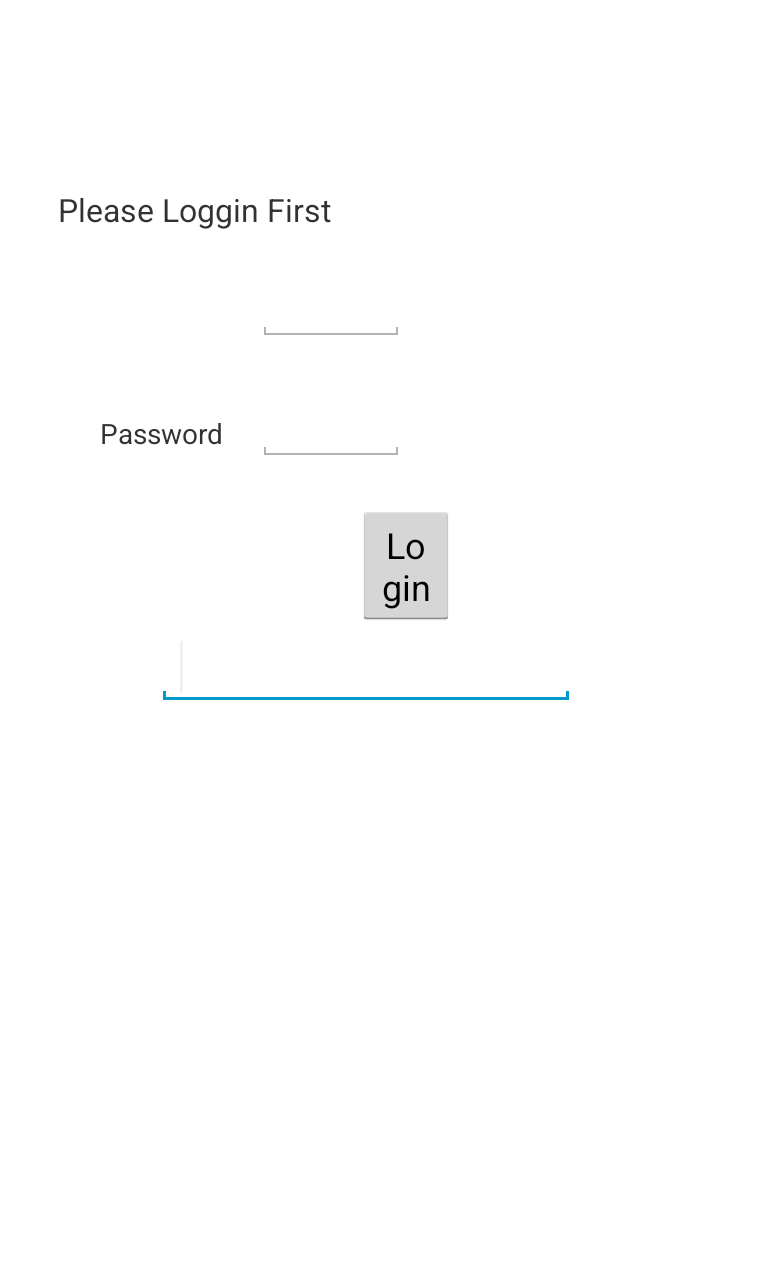
Repository: fedecarossino/seriesHook
Layout: SeriesHook/res/layout/main.xml
The author's editor kept a copy of each file at every save. The layout is drawn from the files as they stood at one save, then again after the next save.
It is drawn on a 768 x 1280 px phone screen (xhdpi) without system bars, with theme AppTheme; the app's code is not run.

Above is the layout before, as saved 2013-05-15 02:21:48.

### SeriesHook/res/layout/main.xml
<?xml version="1.0" encoding="utf-8"?>
<AbsoluteLayout
android:layout_width="fill_parent"
android:layout_height="fill_parent"
xmlns:android="http://schemas.android.com/apk/res/android"
>
<EditText android:layout_width="150px" android:layout_height="wrap_content" android:textSize="18sp" android:id="@+id/txt_username" android:layout_y="132dip" android:layout_x="128dip"></EditText>
<EditText android:layout_width="150px" android:layout_height="wrap_content" android:textSize="18sp" android:password="true" android:id="@+id/txt_password" android:layout_x="128dip" android:layout_y="192dip"></EditText>
<Button android:layout_width="100px" android:layout_height="wrap_content" android:id="@+id/btn_login" android:layout_x="178dip" android:layout_y="252dip" android:text="Login"></Button>
<TextView android:layout_width="wrap_content" android:layout_height="wrap_content" android:id="@+id/lbl_password" android:text="Password" android:layout_y="207dip" android:layout_x="50dip"></TextView>
<TextView android:layout_width="wrap_content" android:layout_height="wrap_content" android:id="@+id/lbl_top" android:textSize="16sp" android:typeface="sans" android:text="Please Loggin First" android:layout_x="29dip" android:layout_y="94dip"></TextView>
<TextView android:layout_width="wrap_content" android:layout_height="wrap_content" android:layout_y="312dip" android:layout_x="50dip" android:id="@+id/lbl_result"></TextView>

<EditText
    android:id="@+id/lbl_username"
    android:layout_width="wrap_content"
    android:layout_height="wrap_content"
    android:layout_x="78dp"
    android:layout_y="314dp"
    android:ems="10" >

    <requestFocus />
</EditText>

</AbsoluteLayout>

Loaded but not shown: SeriesHook/res/values/styles.xml (common file); SeriesHook/res/values-v11/styles.xml (common file); SeriesHook/res/values-v14/styles.xml (common file)

After the next save:
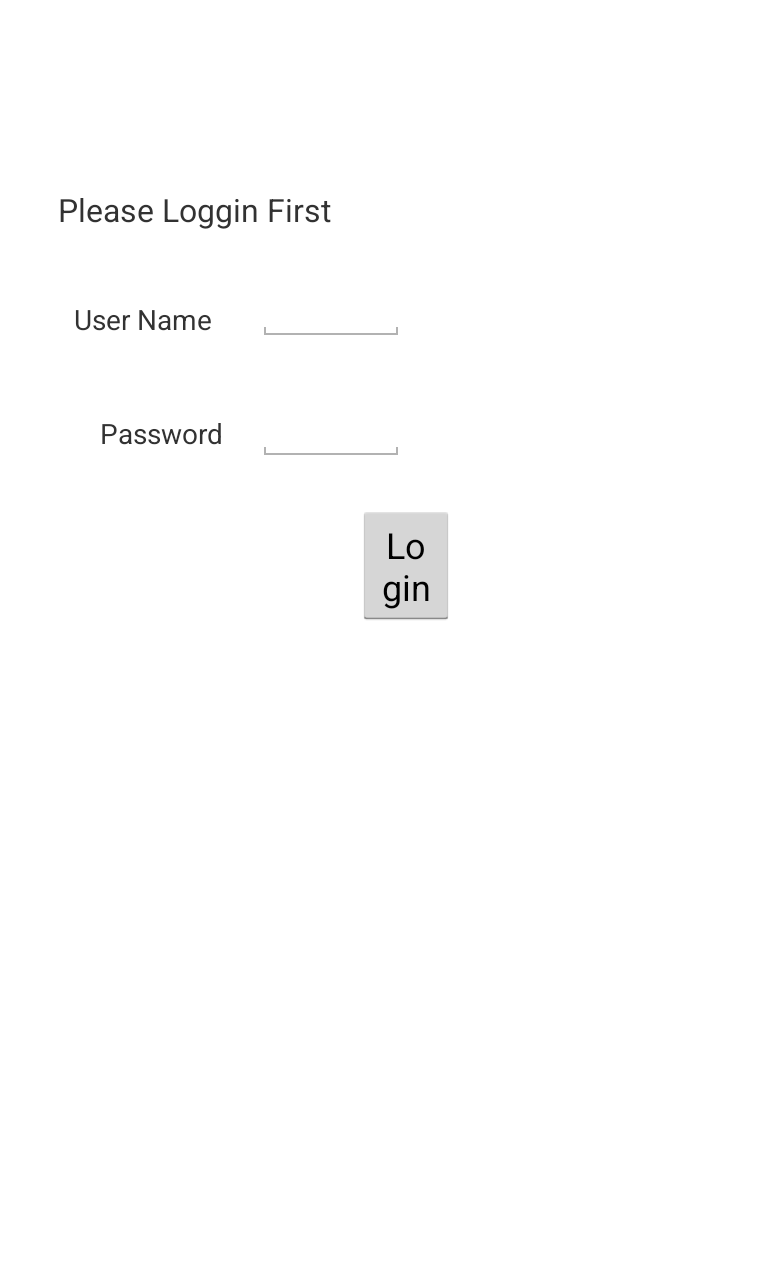
Saved 67 s later.
--- a/SeriesHook/res/layout/main.xml
+++ b/SeriesHook/res/layout/main.xml
@@ -7,19 +7,8 @@ xmlns:android="http://schemas.android.com/apk/res/android"
 <EditText android:layout_width="150px" android:layout_height="wrap_content" android:textSize="18sp" android:id="@+id/txt_username" android:layout_y="132dip" android:layout_x="128dip"></EditText>
 <EditText android:layout_width="150px" android:layout_height="wrap_content" android:textSize="18sp" android:password="true" android:id="@+id/txt_password" android:layout_x="128dip" android:layout_y="192dip"></EditText>
 <Button android:layout_width="100px" android:layout_height="wrap_content" android:id="@+id/btn_login" android:layout_x="178dip" android:layout_y="252dip" android:text="Login"></Button>
+<TextView android:layout_width="wrap_content" android:layout_height="wrap_content" android:id="@+id/lbl_username" android:text="User Name" android:layout_x="37dip" android:layout_y="150dip"></TextView>
 <TextView android:layout_width="wrap_content" android:layout_height="wrap_content" android:id="@+id/lbl_password" android:text="Password" android:layout_y="207dip" android:layout_x="50dip"></TextView>
 <TextView android:layout_width="wrap_content" android:layout_height="wrap_content" android:id="@+id/lbl_top" android:textSize="16sp" android:typeface="sans" android:text="Please Loggin First" android:layout_x="29dip" android:layout_y="94dip"></TextView>
 <TextView android:layout_width="wrap_content" android:layout_height="wrap_content" android:layout_y="312dip" android:layout_x="50dip" android:id="@+id/lbl_result"></TextView>
-
-<EditText
-    android:id="@+id/lbl_username"
-    android:layout_width="wrap_content"
-    android:layout_height="wrap_content"
-    android:layout_x="78dp"
-    android:layout_y="314dp"
-    android:ems="10" >
-
-    <requestFocus />
-</EditText>
-
 </AbsoluteLayout>
